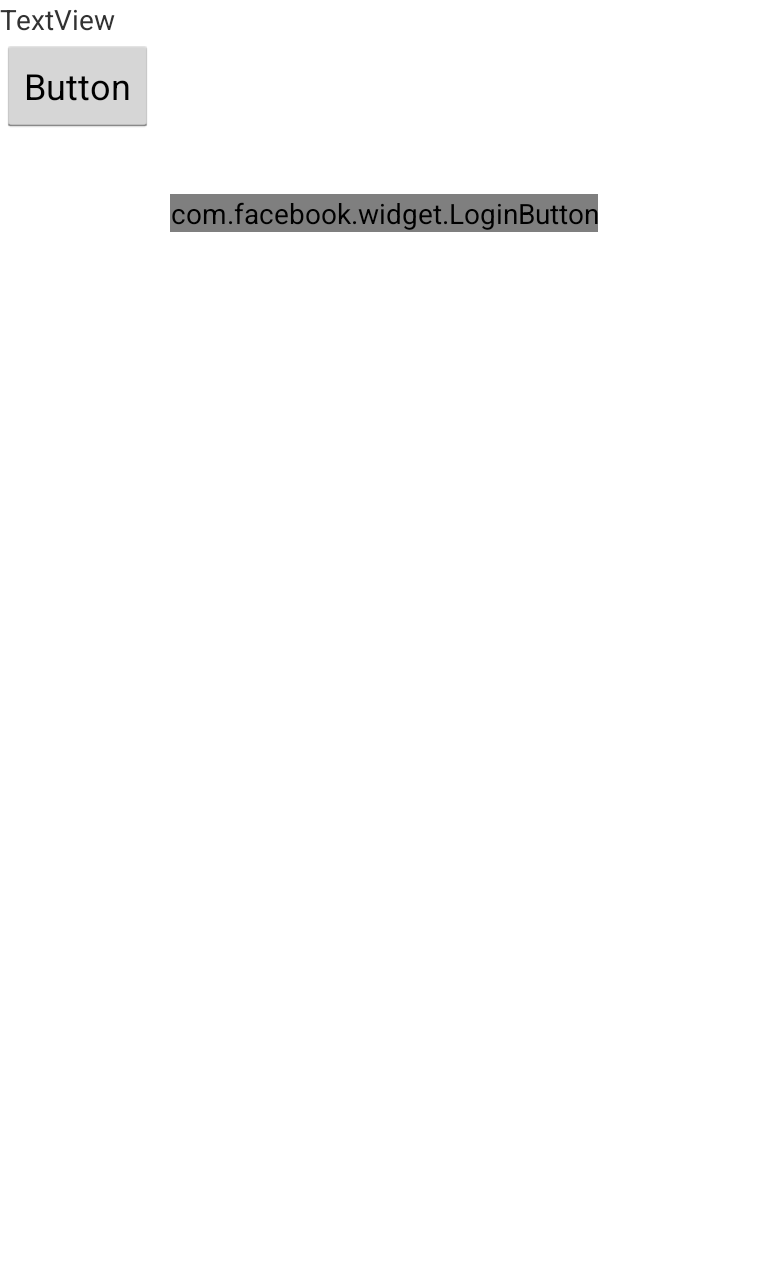
Repository: harsha20011992/Android-Projects
Layout: Sample_fb/res/layout/activity_main.xml
An editor plug-in stored every save of this project. The layout is shown before and after the next save, followed by the edit.
Pictures or frames that could not be fetched are drawn as grey boxes. It is drawn on a 768 x 1280 px phone screen (xhdpi) without system bars, with theme AppTheme; the app's code is not run.

Above is the layout before, as saved 2014-10-14 17:07:50.

### Sample_fb/res/layout/activity_main.xml
<?xml version="1.0" encoding="utf-8"?>
<LinearLayout xmlns:android="http://schemas.android.com/apk/res/android"
    android:layout_width="match_parent"
    android:layout_height="match_parent"
    android:orientation="vertical" >

    <TextView
        android:id="@+id/fbtext"
        android:layout_width="wrap_content"
        android:layout_height="wrap_content"
        android:text="TextView" />

    <Button
        android:id="@+id/fbbuton"
        android:layout_width="wrap_content"
        android:layout_height="wrap_content"
        android:text="Button" />

   <com.facebook.widget.LoginButton
        android:id="@+id/authButton"
        android:layout_width="wrap_content"
        android:layout_height="wrap_content"
        android:layout_gravity="center_horizontal"
        android:layout_marginTop="30dp"
        />

</LinearLayout>

Loaded but not shown: Sample_fb/res/values/styles.xml (common file); Sample_fb/res/values-v11/styles.xml (common file); Sample_fb/res/values-v14/styles.xml (common file)

After the next save:
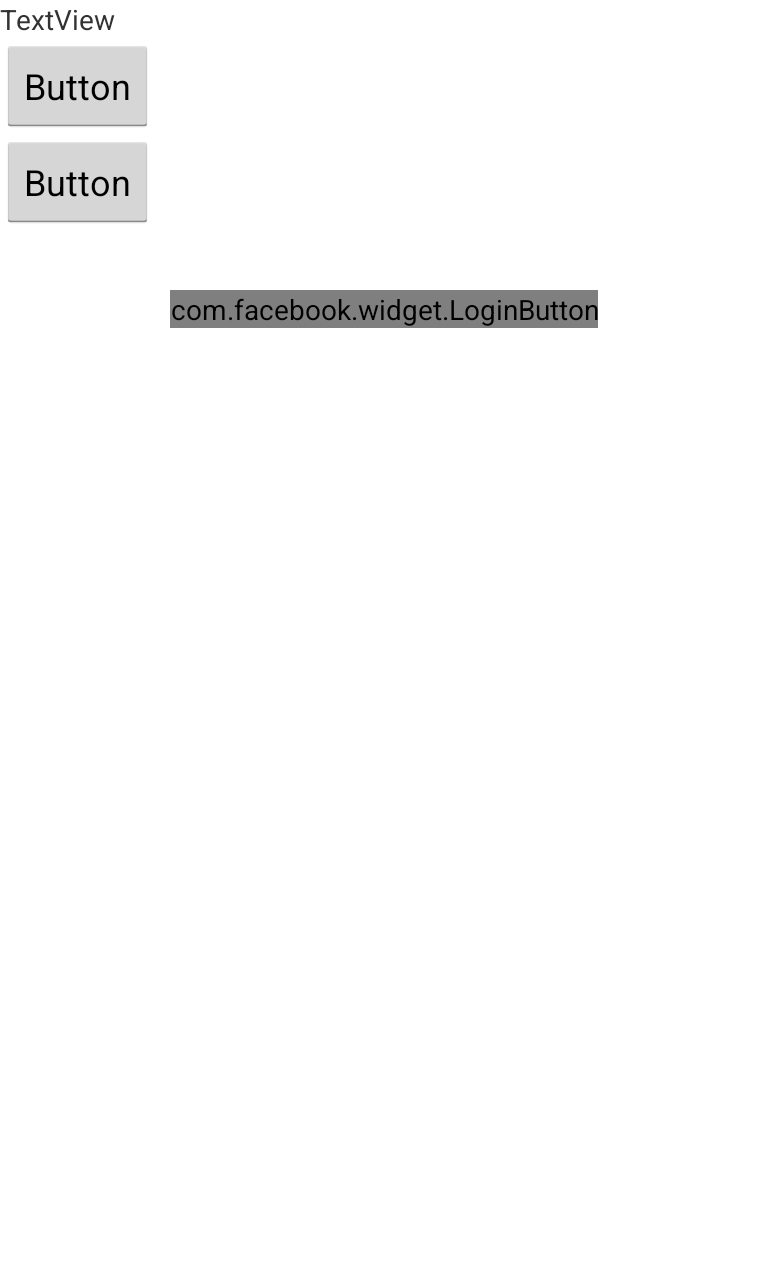
Saved 39 min 53 s later.
--- a/Sample_fb/res/layout/activity_main.xml
+++ b/Sample_fb/res/layout/activity_main.xml
@@ -16,6 +16,13 @@
         android:layout_height="wrap_content"
         android:text="Button" />
 
+    <Button
+        android:id="@+id/fbfriends"
+        android:layout_width="wrap_content"
+        android:layout_height="wrap_content"
+        android:text="Button" />
+
+
    <com.facebook.widget.LoginButton
         android:id="@+id/authButton"
         android:layout_width="wrap_content"
